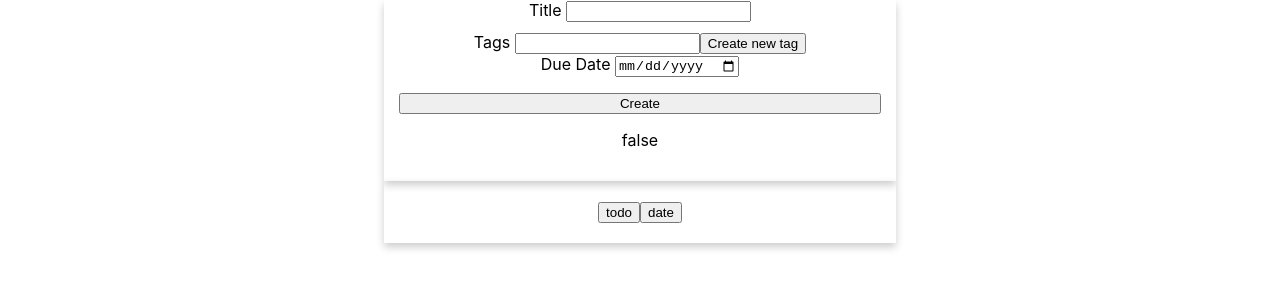
Repository: sanjayMamidipaka/reactappbits
Page: /
The author's editor kept a copy of each file at every save. The page is drawn from the files as they stood at one save, then again after the next save.
The browser window is 1280 px wide. The pictures show the whole page.
The project was rebuilt for these pictures with package versions that can differ from the ones it lists, and the page was loaded fresh each time. Also part of the build but not shown: src/components/Tag.css, src/components/Tag.tsx, src/components/TodoItem.tsx.

Above is the page before, as saved 2022-01-18 21:48:25.

### src/App.tsx
import logo from './logo.svg';
import './App.css';
import TodoList from './components/TodoList';

function App() {
  return (
    <div className="App">
      <TodoList/>
    </div>
  );
}

export default App;

### src/components/TodoList.tsx
import React, { EventHandler } from 'react'
import './TodoList.css'
import { useState } from 'react'
import Tag from './Tag'
import TodoItem from './TodoItem'
/**
 * Thank you for applying to Bits of Good. You are free to add/delete/modify any
 * parts of this project. That includes changing the types.ts, creating css files,
 * modifying import statements, using contexts, etc. We do recommend to keep it simple.
 * You will not be judged based on complexity. We also recommend using
 * multiple components instead of coding everything on this file :)
 *
 * Have fun! Please reach out to hello@bitsofgood.org or wkim330@gatech.edu if you
 * have any questions!
 *
 * Bits of Good Engineering Team
 *
 */
// TODO: Start coding from here

// Here's a baseline todo item type.
// Feel free to extend or create your own interface!

export default function TodoList() {
  const [title, setTitle] = useState('');
  const [tagValue, setTagValue] = useState('');
  const [index, setIndex] = useState(0);
  const [date, setDate] = useState('');
  const completedItems: any[] = [];
  const [todoListCompletedItems, setTodoListCompletedItems] = useState(completedItems);
  const [todoToggle, setTodoToggle] = useState(false);
  const [dateToggle, setDateToggle] = useState(false);
  const [checked, setChecked] = useState(false);

  const [tagArray, setTagArray] = useState<{name1: string, index1: number}[]>([]);

    const addNewTag = (e: React.MouseEvent<HTMLButtonElement>) => {
      e.preventDefault();
      if (tagValue !== "") {
        setTagArray((tagArray: {name1: string, index1: number}[]) => {
          return [...tagArray, {name1: tagValue, index1: index}];
        });
      }
      setIndex(index + 1);
      setTagValue('');

    }

    const removeElement = (index: number) => {
      setTagArray((tagArray)=>{
        let newTagArray = tagArray.filter((tagObject) => tagObject.index1 !== index);

        return newTagArray;
      })
      console.log(tagArray);

    }

    const handleSubmit = (e: React.MouseEvent<HTMLButtonElement>) => {
      const itemToAdd: any = {
      title: title,
      dueDate: date,
      tagList: tagArray,
      completed: false,
      idx: new Date().getTime().toString(),
      checked: checked
    }
    setTitle('');
    setTodoListCompletedItems([...todoListCompletedItems, itemToAdd]);
    setTagArray([]);
    setDate('');
    }

    const sortByTodo = () => {
      setTodoToggle(!todoToggle);


      if (todoToggle === true) {
        console.log(todoListCompletedItems)
        // todoListCompletedItems.sort((a,b) => {
        //   console.log(a + " " + b);

        //   a = a ? 1 : 0;
        //   b = b ? 1 : 0;
        //   return a - b;
        // })
      }

    }
  return (
    <div>
  <div className="card">
    <label htmlFor="nameLabel">Title </label>
        <input
          type="text"
          value={title}
          onChange={(e) => setTitle(e.target.value)}
        />
        <div style={{padding: '5px'}}></div>

        <label htmlFor="tagLabel">Tags </label>
        <input
          type="text"
          value={tagValue}
          onChange={(e) => setTagValue(e.target.value)}
        />
        <button type="submit" onClick={addNewTag}>
          Create new tag
        </button>

        <div>
          {tagArray.map((tagObject: {name1: string, index1: number}) => {
            return <Tag name={tagObject.name1} key={tagObject.index1} theIndex={tagObject.index1} remove={removeElement} include={"x"}></Tag>
          })}
        </div>

        <label htmlFor="dueDateLabel">Due Date </label>
        <input
          type="date"
          value={date}
          onChange={(e) => {
            setDate(e.target.value);
          }}
        />

        <div style={{padding: '15px'}} className = 'submitButton'>
          <button style ={{width: '100%'}} type='submit' onClick={handleSubmit}>Create</button>
          <p>{checked.toString()}</p>
        </div>

      </div>

      <div className="card">
          <div style={{padding: '10px'}}></div>
          <button onClick={sortByTodo}>todo</button>
          <button>date</button>
          <div style={{padding: '10px'}}></div>
      </div>

      <div>
          {todoListCompletedItems.map((todoListItem) => {
            return <TodoItem todoListItem={todoListItem} key={todoListItem.idx} index={todoListItem.idx} setChecked={setChecked}></TodoItem>
          })}
        </div>

        </div>
  )
}

### src/components/TodoList.css
.card {
  /* Add shadows to create the "card" effect */
  box-shadow: 0 4px 8px 0 rgba(0,0,0,0.2);
  transition: 0.3s;
  width: 40%;
  margin: 0 auto;
}

/* On mouse-over, add a deeper shadow */
.card:hover {
  box-shadow: 0 8px 16px 0 rgba(0,0,0,0.2);
}

/* Add some padding inside the card container */
.container {
  padding: 2px 16px;
}

### src/components/TodoItem.css
.card {
  /* Add shadows to create the "card" effect */
  box-shadow: 0 4px 8px 0 rgba(0,0,0,0.2);
  transition: 0.3s;
  width: 40%;
}

/* On mouse-over, add a deeper shadow */
.card:hover {
  box-shadow: 0 8px 16px 0 rgba(0,0,0,0.2);
}

.grid-container {
  display: grid;
  grid-template-columns: auto auto auto;
  padding: 0px;
  align-items: center;

}

.grid-item {
  padding: 0px;
  font-size: 20px;
  text-align: center;
  vertical-align: center;
  /* border: 1px solid rgba(0, 0, 0, 0.8); */
}

input[type=checkbox] {
    height: 20px;
    width: 20px;
}

Loaded but not shown: public/index.html (common file); src/index.tsx (common file); src/index.css (common file); src/reportWebVitals.js (common file); src/App.css (common file)

After the next save:
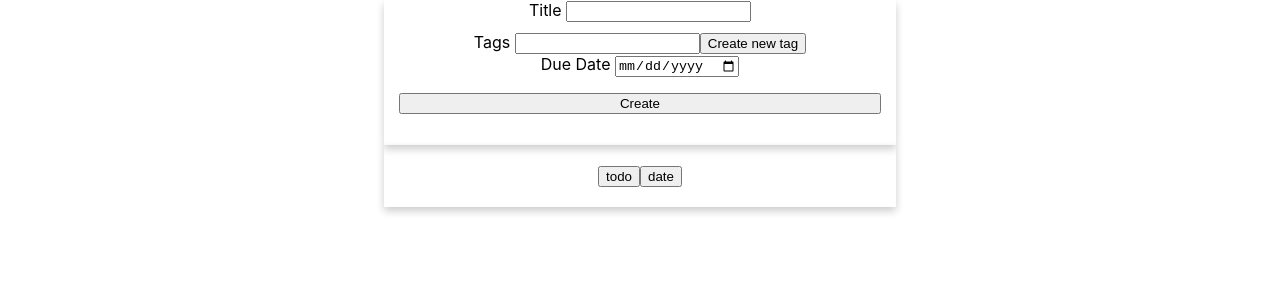
Saved 21 s later.
--- a/src/components/TodoList.tsx
+++ b/src/components/TodoList.tsx
@@ -125,7 +125,7 @@ export default function TodoList() {
 
         <div style={{padding: '15px'}} className = 'submitButton'>
           <button style ={{width: '100%'}} type='submit' onClick={handleSubmit}>Create</button>
-          <p>{checked.toString()}</p>
+          <p>{todoListCompletedItems.toString()}</p>
         </div>
 
       </div>
